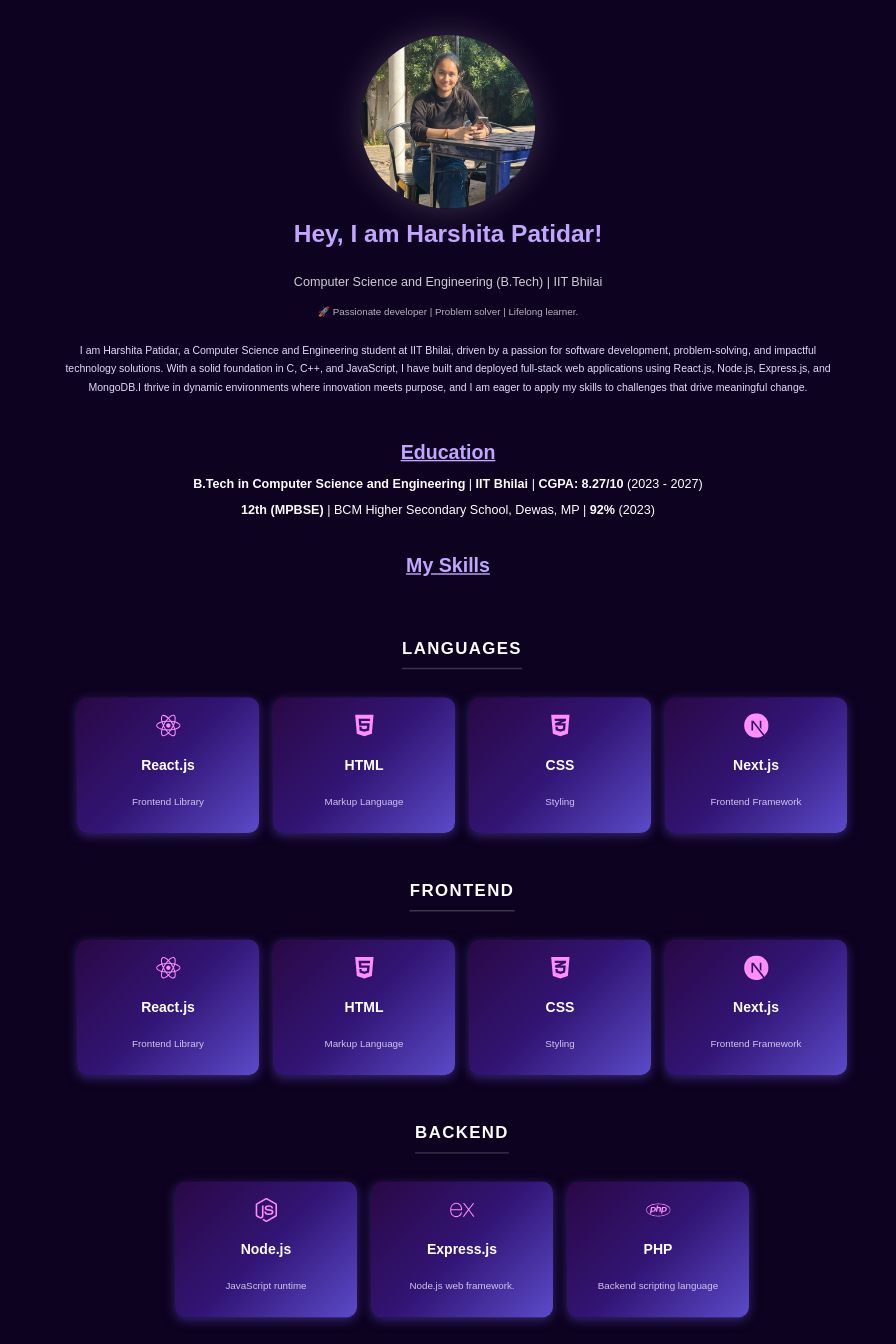
Repository: harshitap1305/Portfolio
Page: /
The author's editor kept a copy of each file at every save. The page is drawn from the files as they stood at one save, then again after the next save.
The browser window is 1280 px wide. The pictures show the part of the page from y = 0 to 1920 px (the page is 3112 px tall), at 70% of full size.
The project was rebuilt for these pictures with package versions that can differ from the ones it lists, and the page was loaded fresh each time. Also part of the build but not shown: vite.config.js.

Above is the page before, as saved 2025-03-27 19:57:19.

After the next save:
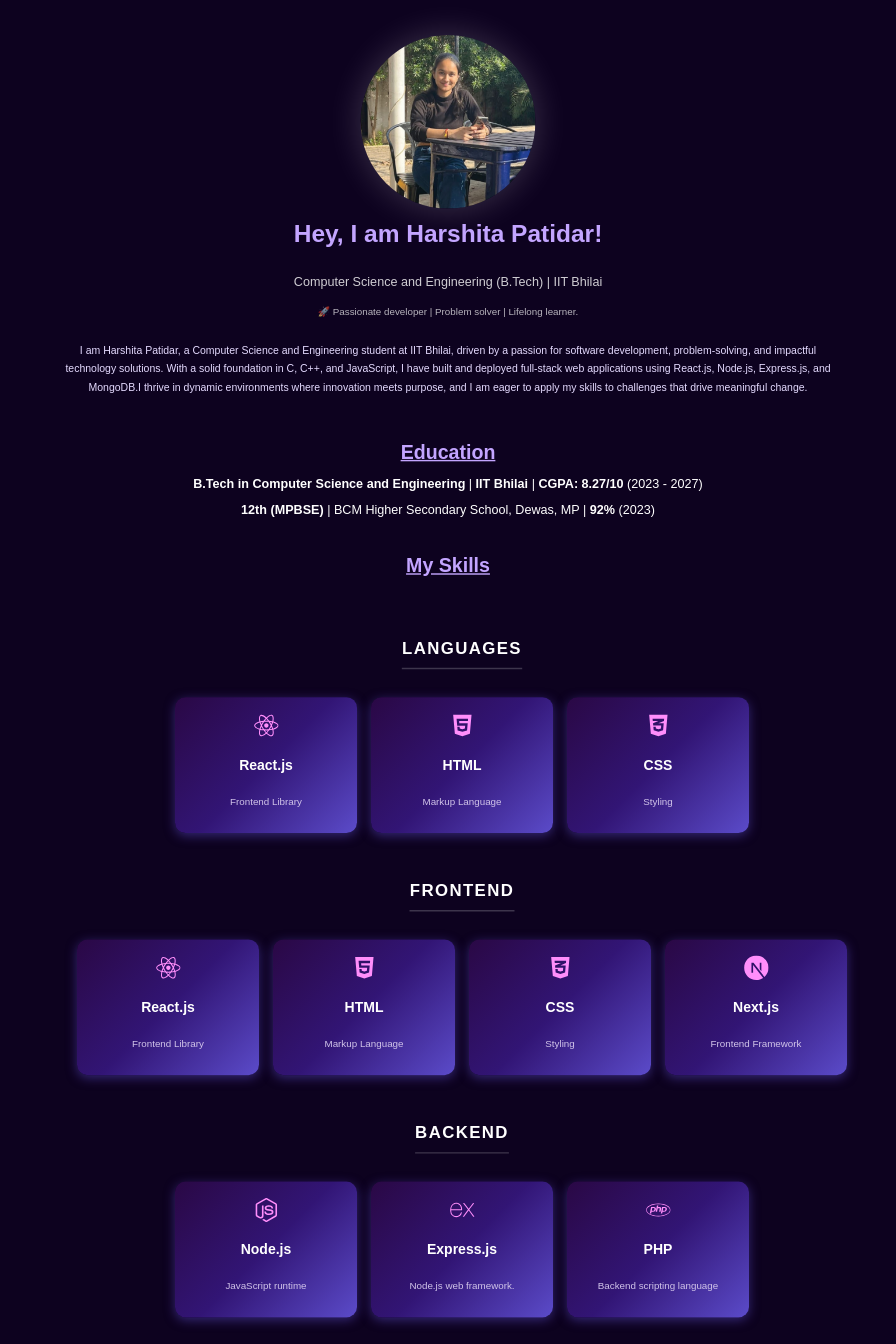
Saved 5 s later.
--- a/src/Home.jsx
+++ b/src/Home.jsx
@@ -13,7 +13,7 @@
           { name: "React.js", description: "Frontend Library", icon: <FaReact/> },
           { name: "HTML", description: "Markup Language", icon: <FaHtml5 /> },
           { name: "CSS", description: "Styling", icon: <FaCss3Alt /> },
-          { name: "Next.js", description: "Frontend Framework", icon: <SiNextdotjs /> }
+
         ]
       },
     {
